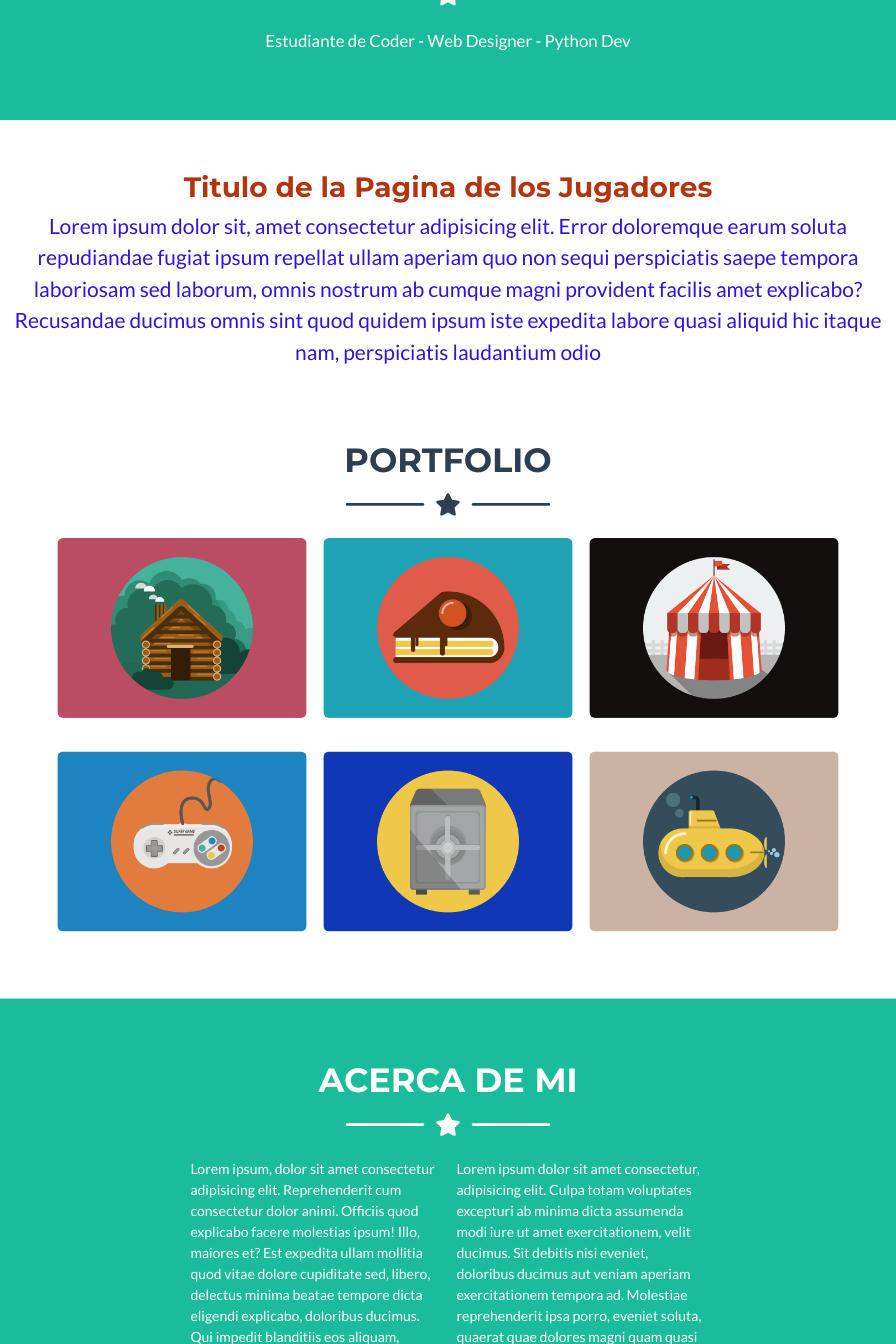
Repository: gadiazsaavedra/Familiares
Page: ProyectoFamiliar/AppFamiliar/templates/AppFamiliar/resultadoBusqueda.html
An editor plug-in stored every save of this project. The page is shown before and after the next save, followed by the edit.
The browser window is 1280 px wide. The pictures show the part of the page from y = 611 to 2531 px (the page is 4291 px tall before and 4339 px after), at 70% of full size.
The page is served by the project's application, run on Django 3.2 (ProyectoFamiliar/manage.py). The template is opened directly, without the code that normally fills it, so the values that code supplies are empty.

Above is the page before, as saved 2021-12-10 23:41:28.

After the next save:
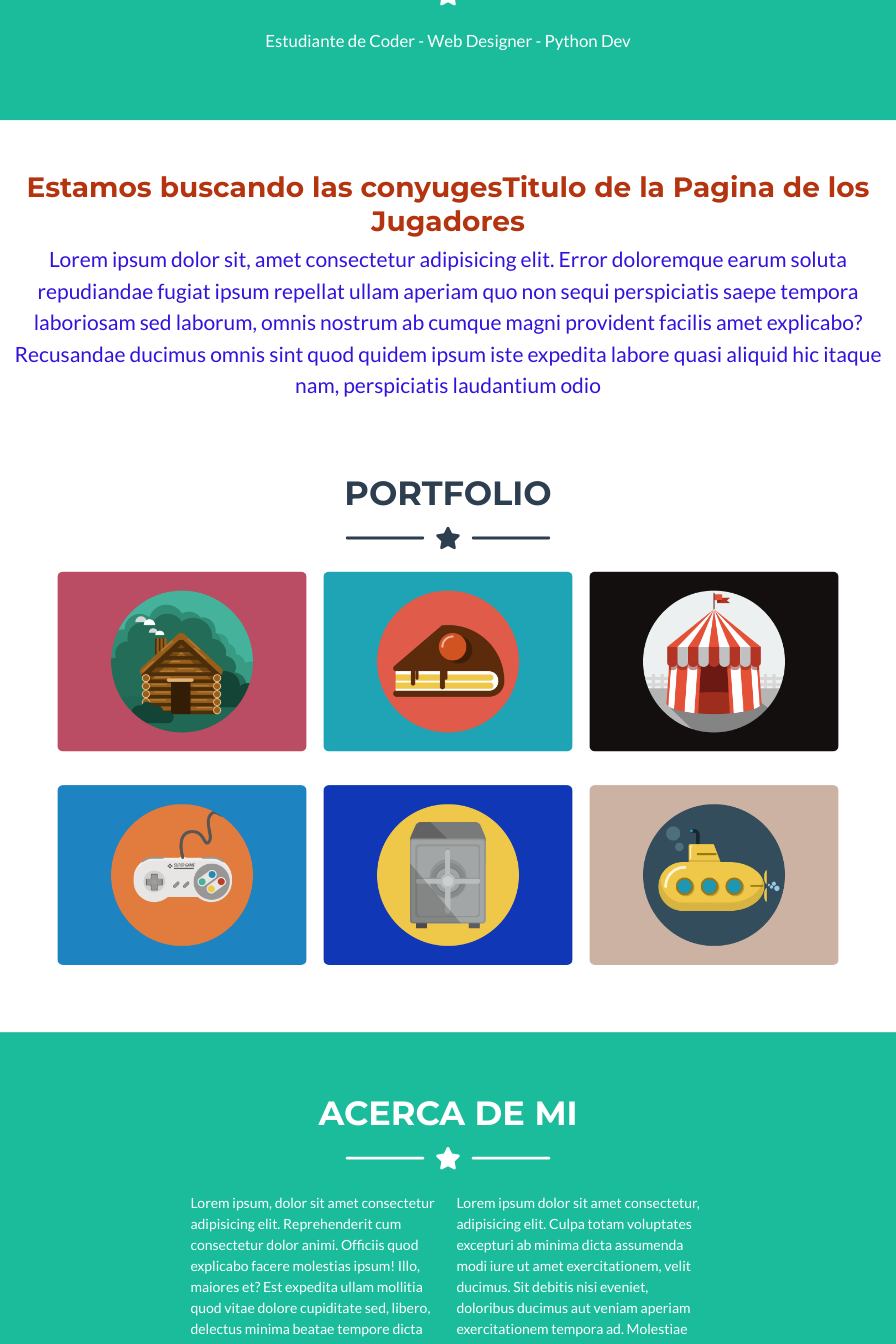
Saved 46 s later.
--- a/ProyectoFamiliar/ProyectoFamiliar/AppFamiliar/templates/AppFamiliar/resultadoBusqueda.html
+++ b/ProyectoFamiliar/ProyectoFamiliar/AppFamiliar/templates/AppFamiliar/resultadoBusqueda.html
@@ -13,7 +13,7 @@
 <br>
 <br>
 <br>
-<h1 style="text-align: center; color:rgb(179, 52, 14); font-size:40px">Titulo de la Pagina de los Jugadores</h1>
+<h1 style="text-align: center; color:rgb(179, 52, 14); font-size:40px">Estamos buscando las conyugesTitulo de la Pagina de los Jugadores</h1>
 
 <p style="text-align: center; color:rgb(49, 19, 219); font-size:30px">Lorem ipsum dolor sit, amet consectetur adipisicing elit. Error doloremque earum soluta repudiandae fugiat ipsum repellat ullam aperiam quo non sequi perspiciatis saepe tempora laboriosam sed laborum, omnis nostrum ab cumque magni provident facilis amet explicabo? Recusandae ducimus omnis sint quod quidem ipsum iste expedita labore quasi aliquid hic itaque nam, perspiciatis laudantium odio</p>
 

After the save that followed:
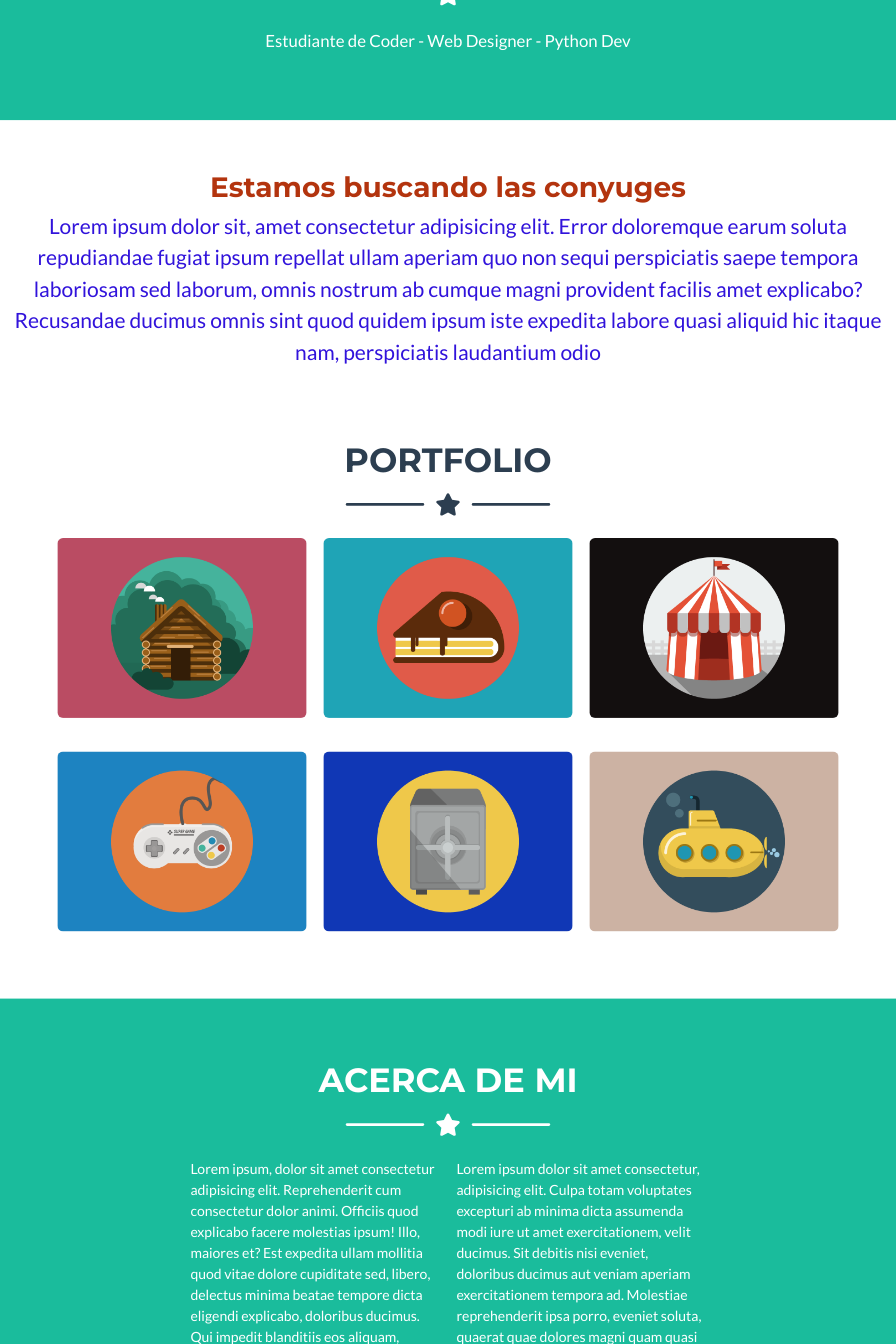
Saved 6 s later.
--- a/ProyectoFamiliar/ProyectoFamiliar/AppFamiliar/templates/AppFamiliar/resultadoBusqueda.html
+++ b/ProyectoFamiliar/ProyectoFamiliar/AppFamiliar/templates/AppFamiliar/resultadoBusqueda.html
@@ -13,7 +13,7 @@
 <br>
 <br>
 <br>
-<h1 style="text-align: center; color:rgb(179, 52, 14); font-size:40px">Estamos buscando las conyugesTitulo de la Pagina de los Jugadores</h1>
+<h1 style="text-align: center; color:rgb(179, 52, 14); font-size:40px">Estamos buscando las conyuges</h1>
 
 <p style="text-align: center; color:rgb(49, 19, 219); font-size:30px">Lorem ipsum dolor sit, amet consectetur adipisicing elit. Error doloremque earum soluta repudiandae fugiat ipsum repellat ullam aperiam quo non sequi perspiciatis saepe tempora laboriosam sed laborum, omnis nostrum ab cumque magni provident facilis amet explicabo? Recusandae ducimus omnis sint quod quidem ipsum iste expedita labore quasi aliquid hic itaque nam, perspiciatis laudantium odio</p>
 
